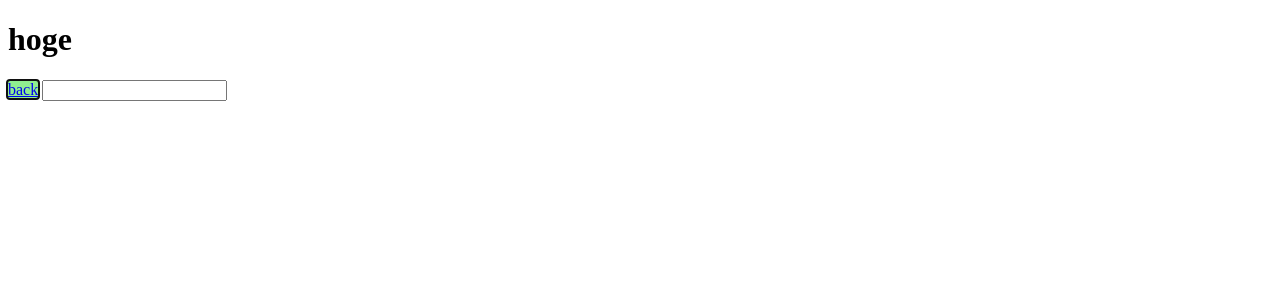
Repository: Ossan-gon/samurai_HTML-CSS
Page: linktest.html
The author's editor kept a record of every edit. The page is drawn from the files as they stood at one moment, then again after the next edit.
The browser window is 1280 px wide. The pictures show the whole page.
The first visible `a` has the focus.

Above is the page before.

### linktest.html
<!DOCTYPE html>
<html lang="ja">
<head>
     <style>
      a:hover {
          background-color: blue;
      }
      a:active {
          background-color: white;
      }
      a:focus {
          background-color: lightgreen;
      }
  </style>
    <meta charset="UTF-8">
    <title>Document</title>
</head>

<body>
    <h1>hoge</h1>
    <a href="linktest2.html">back</a>
    <input type="text" />
</body>
</html>

After the next edit:
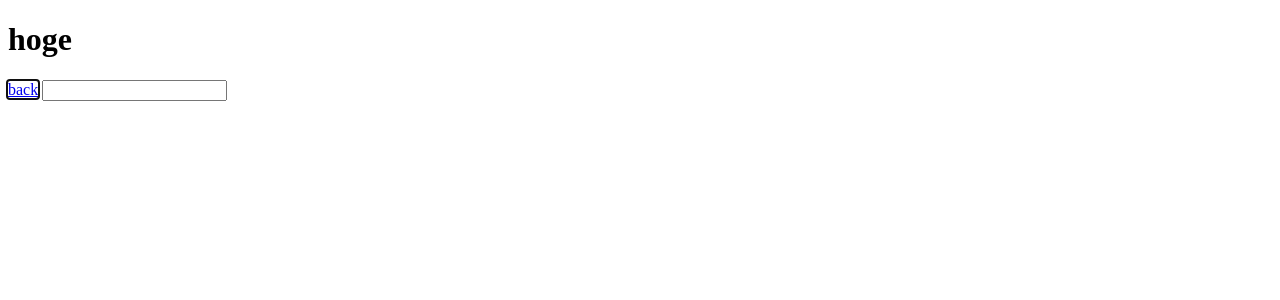
The edit:
--- a/linktest.html
+++ b/linktest.html
@@ -8,7 +8,7 @@
       a:active {
           background-color: white;
       }
-      a:focus {
+      input:focus {
           background-color: lightgreen;
       }
   </style>
